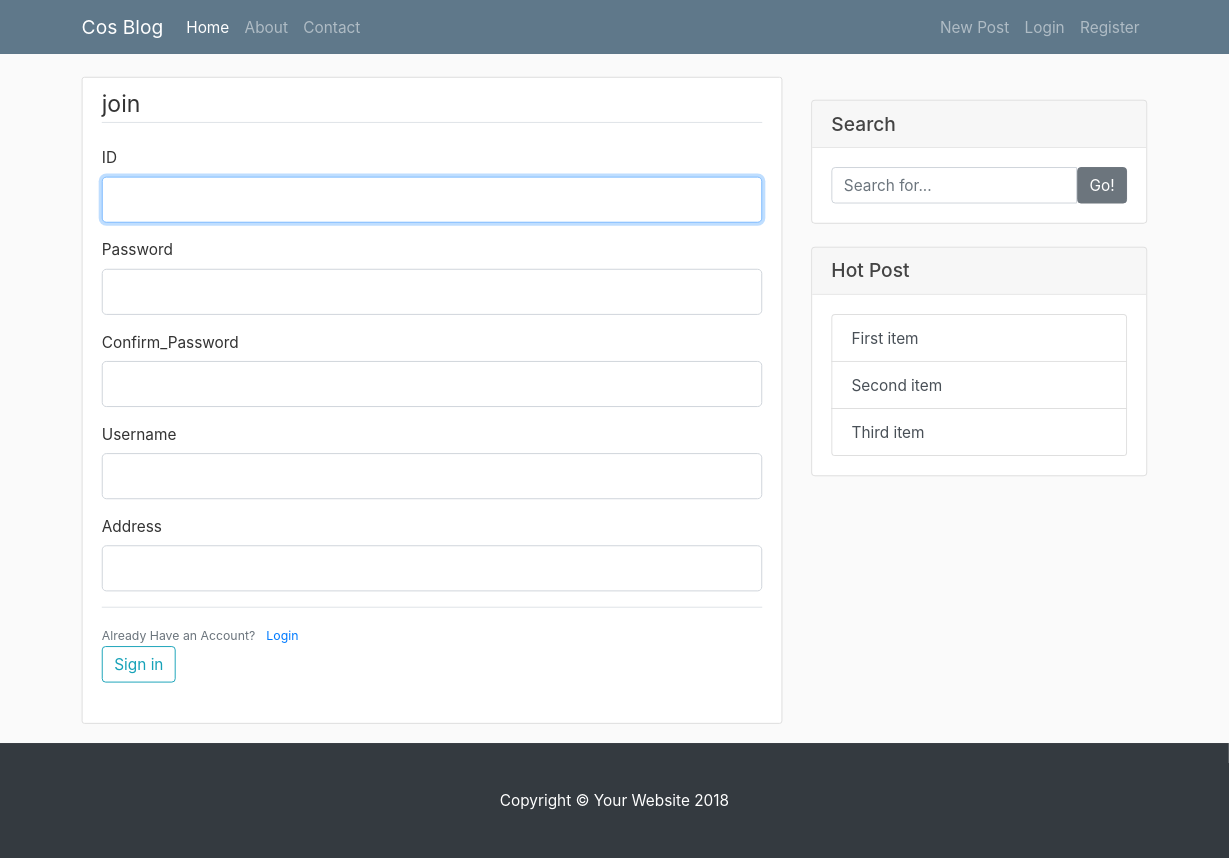
Repository: DogyeKing/blog
Page: http://localhost/blog/member/joinForm.jsp
An editor plug-in stored every save of this project. The page is shown before and after the next save, followed by the edit.
The browser window is 1280 px wide. The pictures show the whole page, at 96% of full size.
The page is served by Tomcat 9.

Above is the page before, as saved 2018-08-08 07:14:05.

After the next save:
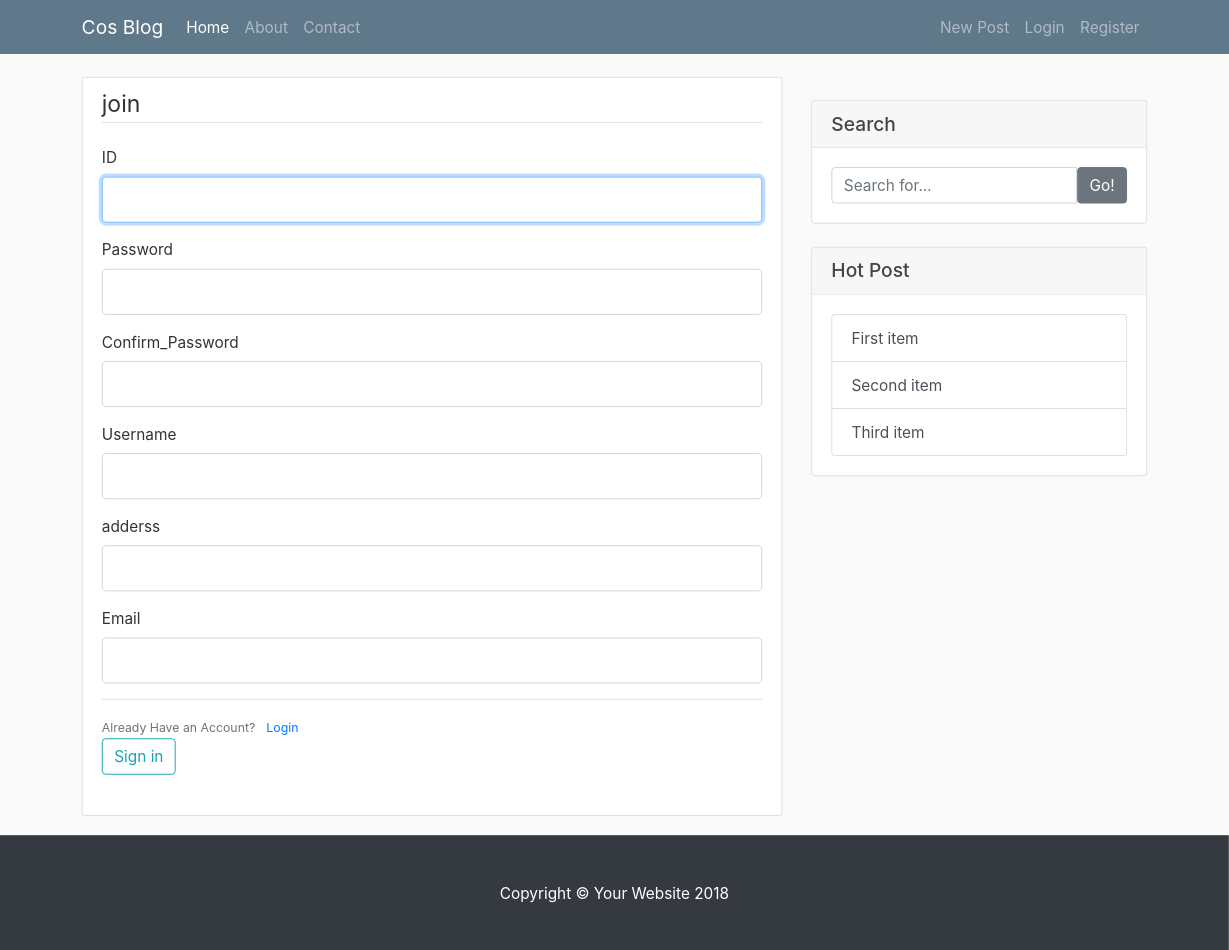
Saved 13 s later.
--- a/blog/blog/WebContent/member/joinForm.jsp
+++ b/blog/blog/WebContent/member/joinForm.jsp
@@ -56,8 +56,13 @@
 				<input class="form-control form-control-lg" type="text" name="username" maxlength="20" required>
 			</div>
 
+						<div class="form-group">
+				<label class="form-control-label">adderss</label>
+				<input class="form-control form-control-lg" type="text" name="username" maxlength="20" required>
+			</div>
+
 			<div class="form-group">
-				<label class="form-control-label">Address</label>
+				<label class="form-control-label">Email</label>
 				<input class="form-control form-control-lg" type="email" name="email" maxlength="20" required>
 			</div>
 			<div class="border-top pt-3">
